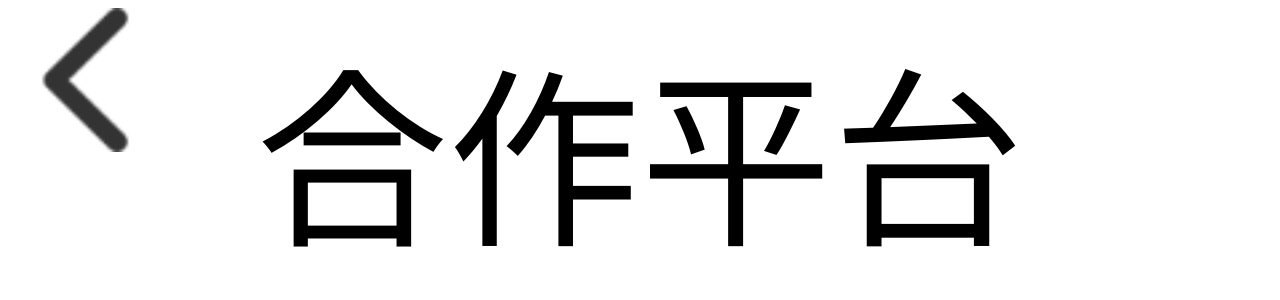
Repository: GgoodBoy/js-object
Page: jquery懒加载/platObj/platForm.html
These files come from the project's save history. The page is drawn as it stood at one moment and after the next save; the edit follows.
The browser window is 1280 px wide. The pictures show the whole page.
Some web libraries are served in a nearby version.

Above is the page before, as saved 2019-10-15 13:45:50.

### jquery懒加载/platObj/platForm.html
<!DOCTYPE html PUBLIC "-//WAPFORUM//DTD XHTML Mobile 1.0//EN" "http://www.wapforum.org/DTD/xhtml-mobile10.dtd">
<html>
<head>
  <meta charset="utf-8">
  <meta name="viewport" content="width=device-width,initial-scale=1.0,maximum-scale=1.0,minimum=1.0,user-scalable=no">
  <meta name="format-detection" content="telephone=no, email=no">
  <meta name="apple-mobile-web-app-capable" content="yes">
  <meta http-equiv="Content-Security-Policy" content="script-src 'self' *.alicdn.com *.qq.com *.wx.qq.com *.7moor.com * *.youfushuyuan.com *.xueguoxue.com *.sohu.com 'unsafe-inline' 'unsafe-eval'">

</head>

<body>
  <div id="platFormId">
    <div class="titleNav">
        <img class="imgInf" src="./img/returnImg.png"/>
        合作平台
    </div>
    <div class="platList"></div>
  </div>
</body>
<script src="http://libs.baidu.com/jquery/2.0.0/jquery.min.js"></script>
<script>
!(function(doc, win) {
    var docEle = doc.documentElement,
        evt = "onorientationchange" in window ? "orientationchange" : "resize",
        fn = function() {
            var width = docEle.clientWidth;
            width && (docEle.style.fontSize = Math.ceil(48 * (width / 320)) + "px");
        };

    win.addEventListener(evt, fn, false);
    doc.addEventListener("DOMContentLoaded", fn, false);

}(document, window));
</script>
<style>
html{
    -ms-text-size-adjust: 100%;
    -webkit-text-size-adjust: 100%;
    background: 0 0;
    color: #000;
    -moz-user-select: none;
    -khtml-user-select: none;
    user-select: none;
    width: 100%;
    height: 100%;
}
#platFormId{
    position: relative;
}
#platFormId .titleNav{
    text-align: center;
    width: 100%;
    height: 2.7rem;
}
#platFormId .titleNav .imgInf{
    position: absolute;
    left: 0;
    width: 0.75rem;
}

</style>
</html>

After the next save:
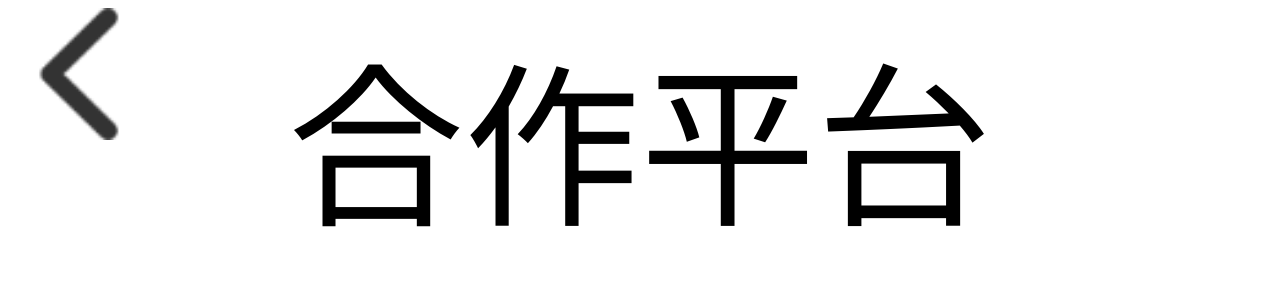
Saved 9 s later.
--- a/jquery懒加载/platObj/platForm.html
+++ b/jquery懒加载/platObj/platForm.html
@@ -25,7 +25,7 @@
         evt = "onorientationchange" in window ? "orientationchange" : "resize",
         fn = function() {
             var width = docEle.clientWidth;
-            width && (docEle.style.fontSize = Math.ceil(48 * (width / 320)) + "px");
+            width && (docEle.style.fontSize = Math.ceil(44 * (width / 320)) + "px");
         };
 
     win.addEventListener(evt, fn, false);
